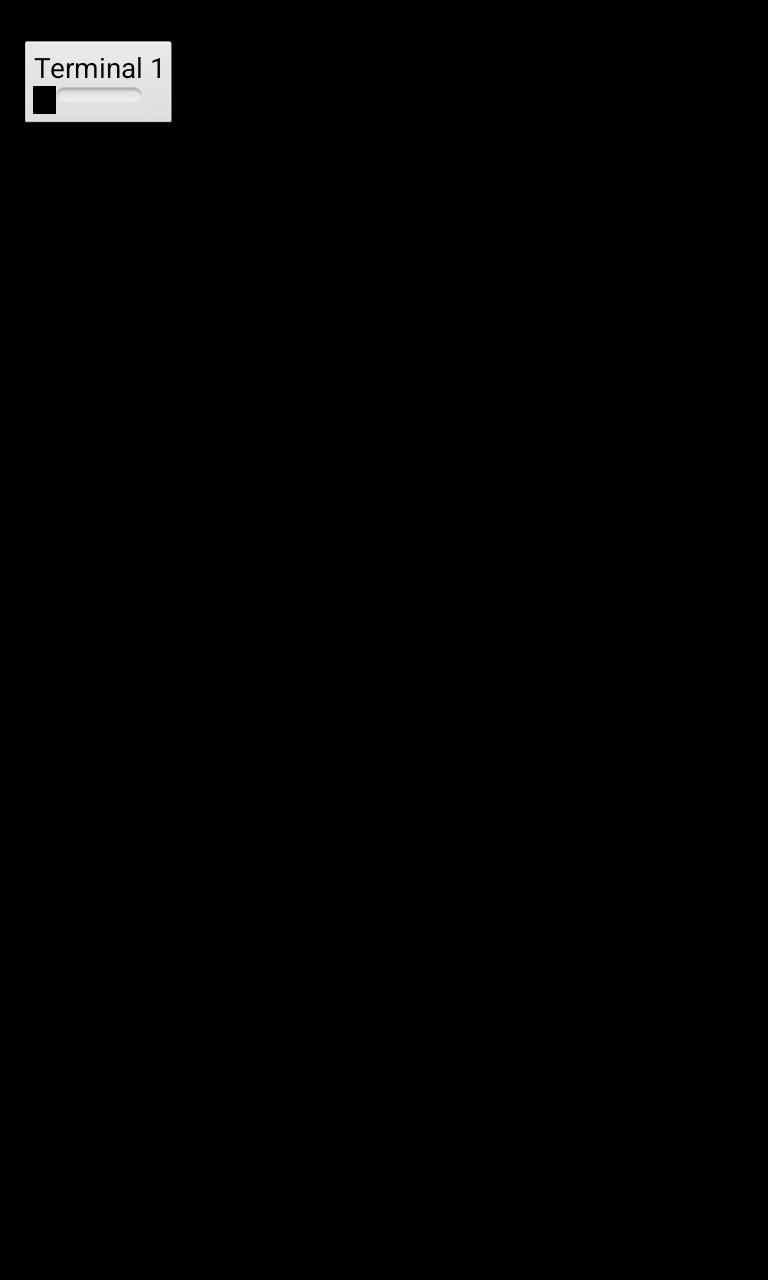
Repository: deanzaka/Shroom-Smart-Terminal
Layout: IOIOShroomST/res/layout/main.xml
These files come from the project's save history. The layout is drawn as it stood at one moment and after the next save; the edit follows.
It is drawn on a 768 x 1280 px phone screen (xhdpi) without system bars, with theme android:Theme; the app's code is not run.

Above is the layout before, as saved 2014-11-16 14:06:25.

### IOIOShroomST/res/layout/main.xml
<?xml version="1.0" encoding="utf-8"?>
<LinearLayout xmlns:android="http://schemas.android.com/apk/res/android"
    android:orientation="vertical"
    android:layout_width="fill_parent"
    android:layout_height="fill_parent">

	<RelativeLayout
	    android:layout_width="match_parent"
		android:layout_height="wrap_content"
		android:orientation="horizontal"
		android:paddingTop="10dp">

		<ToggleButton
			android:id="@+id/Terminal1"
			android:layout_width="wrap_content"
			android:layout_height="wrap_content"
			android:layout_margin="10dp"
			android:text="@string/terminal_1"
			android:textOn="@string/terminal_1"
			android:textOff="@string/terminal_1"
			/>

		<ToggleButton
			android:id="@+id/Terminal2"
			android:layout_width="wrap_content"
			android:layout_height="wrap_content"
			android:layout_toRightOf="@id/Terminal2"
			android:layout_margin="10dp"
			android:text="@string/terminal_2"
			android:textOn="@string/terminal_2"
			android:textOff="@string/terminal_2"
			/>

		<ToggleButton
			android:id="@+id/Terminal3"
			android:layout_width="wrap_content"
			android:layout_height="wrap_content"
			android:layout_toRightOf="@id/Terminal2"
			android:layout_margin="10dp"
			android:text="@string/terminal_3"
			android:textOn="@string/terminal_3"
			android:textOff="@string/terminal_3"
			/>
	</RelativeLayout>

</LinearLayout>

### IOIOShroomST/res/values/strings.xml
<?xml version="1.0" encoding="utf-8"?>
<resources>
    <string name="app_name">IOIO Sample app</string>
    <string name="seekbar_label">Move to control the position:</string>
    <string name="analog_label">Analog reading:</string>
    <string name="terminal_1">Terminal 1</string>
    <string name="terminal_2">Terminal 2</string>
    <string name="terminal_3">Terminal 3</string>
    <string name="lamp">Lamp</string>

</resources>

After the next save:
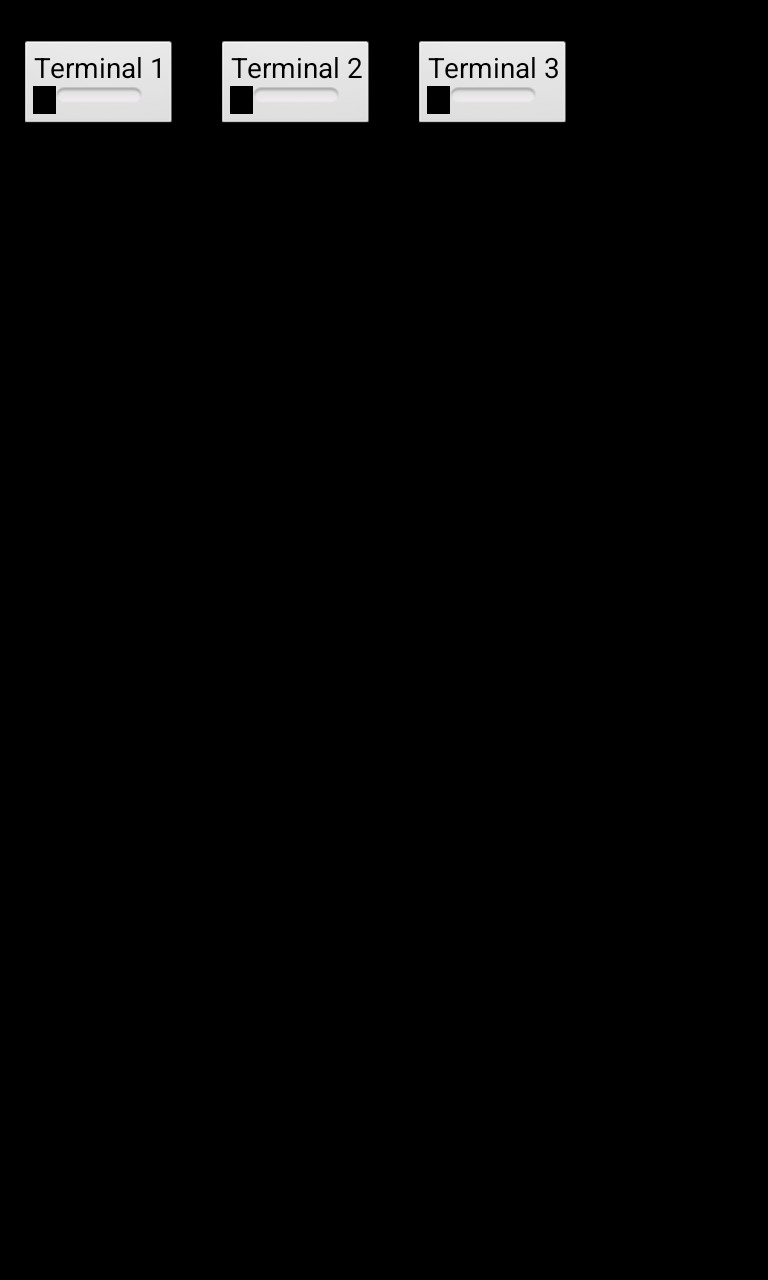
Saved 16 s later.
--- a/IOIOShroomST/res/layout/main.xml
+++ b/IOIOShroomST/res/layout/main.xml
@@ -24,7 +24,7 @@
 			android:id="@+id/Terminal2"
 			android:layout_width="wrap_content"
 			android:layout_height="wrap_content"
-			android:layout_toRightOf="@id/Terminal2"
+			android:layout_toRightOf="@id/Terminal1"
 			android:layout_margin="10dp"
 			android:text="@string/terminal_2"
 			android:textOn="@string/terminal_2"
